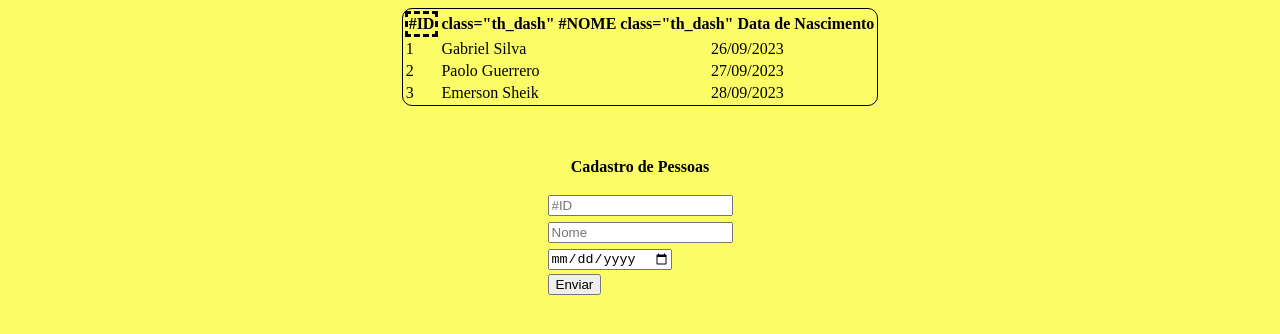
Repository: gabrielsilva9810/FATEC_LABEngSoftware
Page: ExemploHTML/src/main/webapp/index.html
The author's editor kept a copy of each file at every save. The page is drawn from the files as they stood at one save, then again after the next save.
The browser window is 1280 px wide. The pictures show the whole page.

Above is the page before, as saved 2023-08-26 13:48:17.

### ExemploHTML/src/main/webapp/index.html
<!DOCTYPE html>
<html>

<head>
	<meta charset="UTF-8">
	<link rel="stylesheet" href="./css/styles.css">
	<title>Exemplo HTML</title>
</head>

<body>
	<div align="center">
		<table class="table_round">
			<thead>
				<tr>
					<th class="th_dash"><b> #ID</b></th>
					<th> class="th_dash"<b> #NOME</b></th>
					<th> class="th_dash"<b> Data de Nascimento</b></th>
				</tr>
			</thead>
			<tbody>
				<tr>
					<td>1</td>
					<td>Gabriel Silva</td>
					<td align="center">26/09/2023</td>
				</tr>

				<tr>
					<td>2</td>
					<td>Paolo Guerrero</td>
					<td align="center">27/09/2023</td>
				</tr>

				<tr>
					<td>3</td>
					<td>Emerson Sheik</td>
					<td align="center">28/09/2023</td>
				</tr>


			</tbody>
		</table>

		<br />
		<br />

		<div align="center">

			<form action="https://leandrocolevati.com.br/" method="post">

				<p><b> Cadastro de Pessoas</b></p>



			<table>
				<tr>

					<td>
						<input type="number" min="0" step="1" id="id" name="id" placeholder="#ID" required="required">

					</td>
				<tr>

				</tr>
				<td>
					<input type="text" id="nome" name="nome" placeholder="Nome" required="required">

				</td>

				<tr>

				</tr>
				<td>
					<input type="date" id="id" name="dataNasc" placeholder="Data de Nascimento" required="required">

				</td>

				</tr>

				<tr>
					<td>
						<input type="submit" id="enviar" name="enviar" value="Enviar">
					</td>
				</tr>

			</table>

			</form>


		</div>

	</div>
</body>

</html>

### ExemploHTML/src/main/webapp/css/styles.css
@charset "UTF-8";

body{
	background-color: #FCFC66;
}

.table_round {
	border: 1px solid black;
	border-radius: 10px;
}

.th_dash{
	border-style: dashed;
}

After the next save:
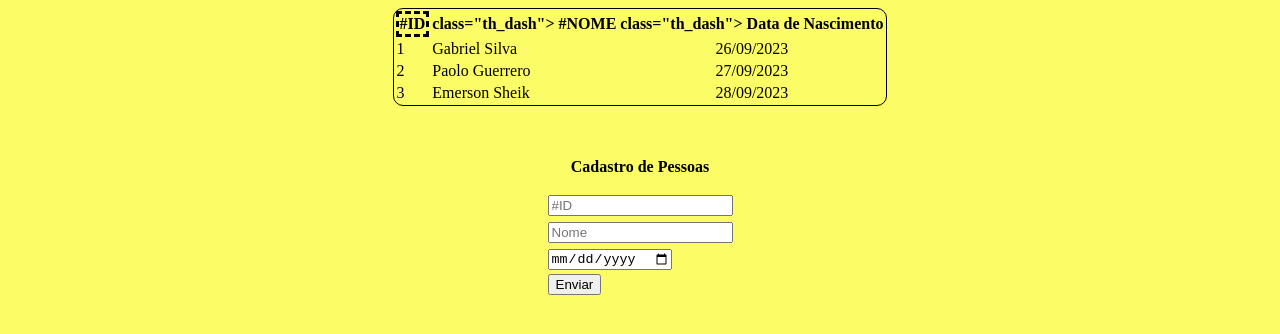
Saved 14 s later.
--- a/ExemploHTML/src/main/webapp/index.html
+++ b/ExemploHTML/src/main/webapp/index.html
@@ -13,8 +13,8 @@
 			<thead>
 				<tr>
 					<th class="th_dash"><b> #ID</b></th>
-					<th> class="th_dash"<b> #NOME</b></th>
-					<th> class="th_dash"<b> Data de Nascimento</b></th>
+					<th> class="th_dash"><b> #NOME</b></th>
+					<th> class="th_dash"><b> Data de Nascimento</b></th>
 				</tr>
 			</thead>
 			<tbody>
